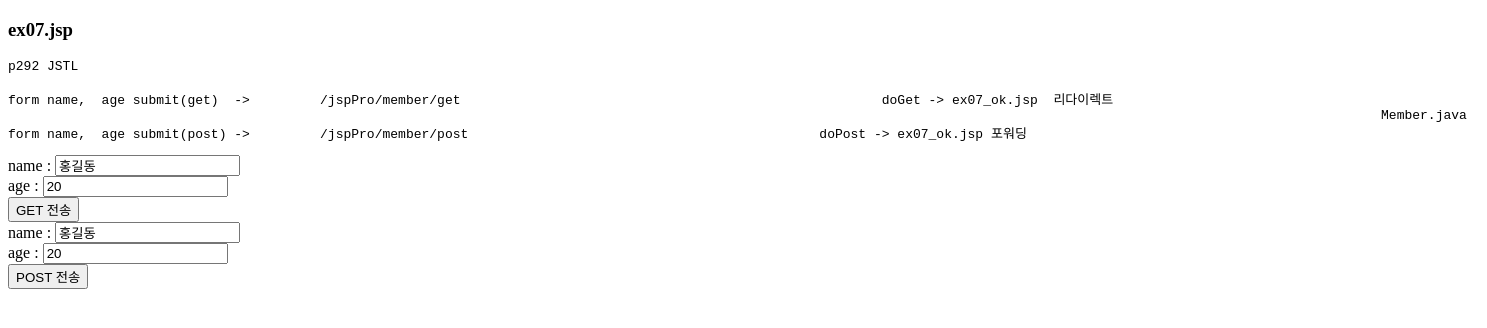
Repository: JavaYoo/kakao-emoticon-web-clone
Page: http://localhost/jspPro/days03/ex07.jsp
These files come from the project's save history. The page is drawn as it stood at one moment and after the next save; the edit follows.
The browser window is 1280 px wide. The page is 1487 px wide, so the pictures cover 1487 px, including what lies to the right of the window. The pictures show the whole page.
The page is served by Tomcat 9.

Above is the page before, as saved 2022-06-16 06:13:59.

After the next save:
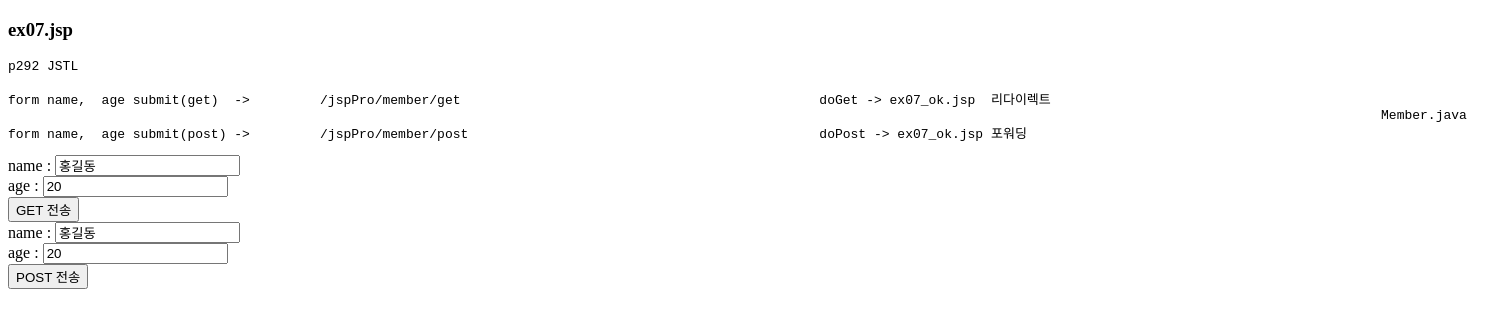
Saved 6 min 24 s later.
--- a/jspPro/src/main/webapp/days03/ex07.jsp
+++ b/jspPro/src/main/webapp/days03/ex07.jsp
@@ -15,7 +15,7 @@
 <pre>
 p292 JSTL
 
-form name,  age submit(get)  -> 	/jspPro/member/get 							doGet -> ex07_ok.jsp  리다이렉트
+form name,  age submit(get)  -> 	/jspPro/member/get 						doGet -> ex07_ok.jsp  리다이렉트
 																						Member.java
 form name,  age submit(post) -> 	/jspPro/member/post 						doPost -> ex07_ok.jsp 포워딩
 </pre>
